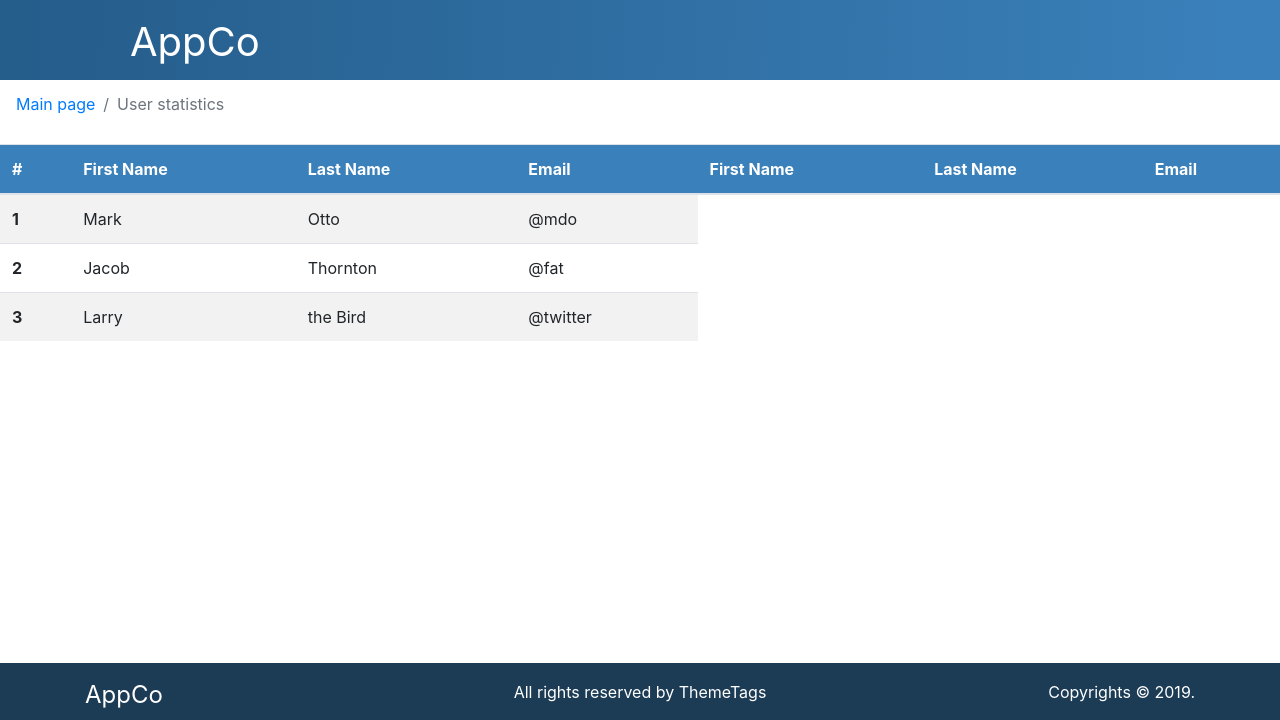
Repository: andbilous/user-statistics-app
Page: /
An editor plug-in stored every save of this project. The page is shown before and after a run of saves, followed by the edit.
The browser window is 1280 px wide. The pictures show the whole page.
The project was rebuilt for these pictures with package versions that can differ from the ones it lists, and the page was loaded fresh each time. Also part of the build but not shown: src/components/brainstorming/index.js, src/components/reasons/reasons.scss, src/components/reasons/index.js, src/components/footer/footer.scss, src/components/footer/index.js, src/pages/Main.jsx.

Above is the page before, as saved 2020-06-22 10:09:20.

After the next 2 saves:
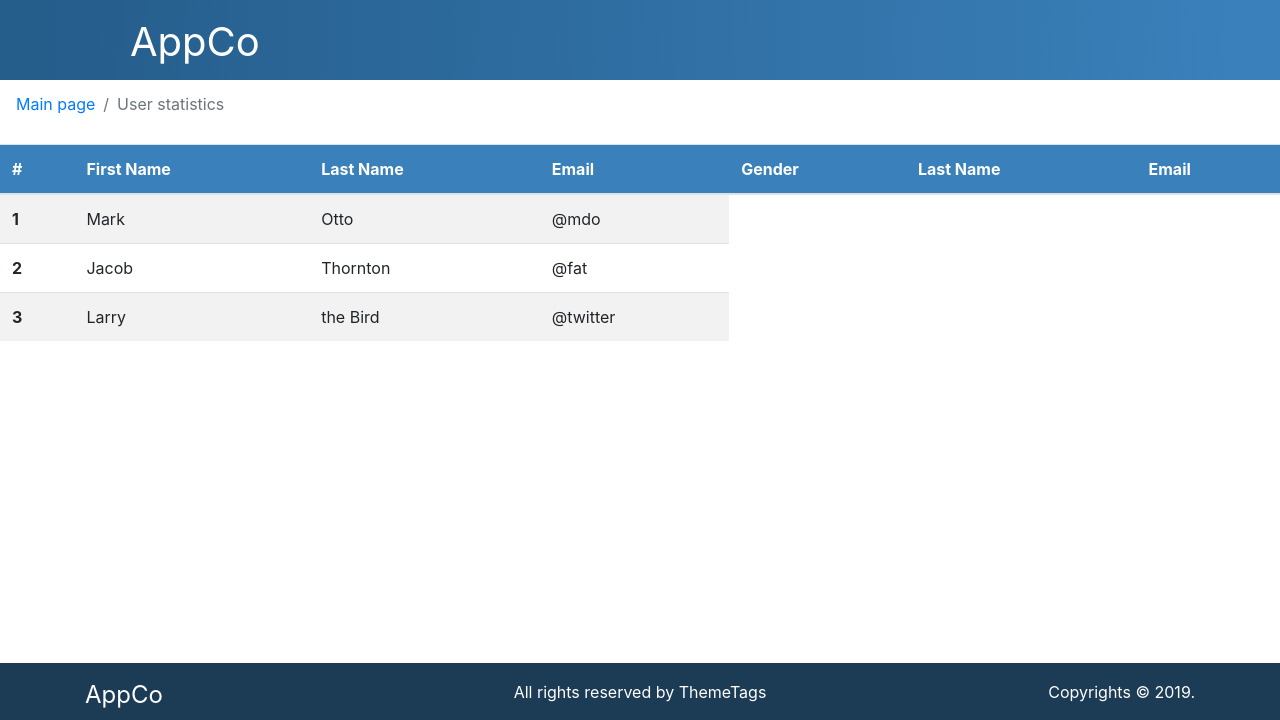
The 2 saves are shown as one change because they came seconds apart.
The last was saved 5 s later.
--- a/src/pages/Stats.jsx
+++ b/src/pages/Stats.jsx
@@ -19,7 +19,7 @@ const Stats = () => {
               <th>First Name</th>
               <th>Last Name</th>
               <th>Email</th>
-              <th>First Name</th>
+              <th>Gender</th>
               <th>Last Name</th>
               <th>Email</th>
             </tr>
